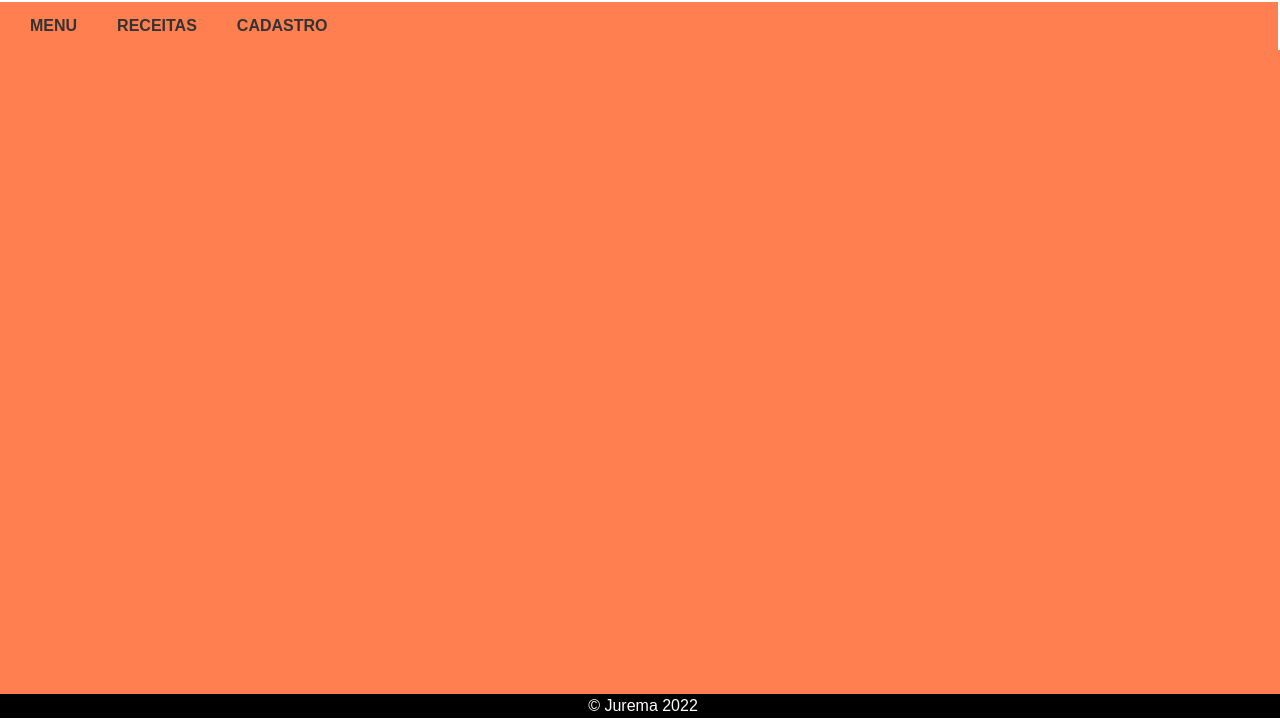
Repository: devropaes/RECEITAS
Page: OneDrive/Área de Trabalho/Estudos/Estácio/receitas/cadastro.html
These files come from the project's save history. The page is drawn as it stood at one moment and after the next save; the edit follows.
The browser window is 1280 px wide. The pictures show the whole page.

Above is the page before, as saved 2024-03-11 18:09:11.

### OneDrive/Área de Trabalho/Estudos/Estácio/receitas/cadastro.html
<!DOCTYPE html>
<html lang="pt-br">

<head>
    <meta charset="UTF-8">
    <meta http-equiv="X-UA-Compatible" content="IE=edge">
    <meta name="viewport" content="width=device-width, initial-scale=1.0">

    <title>CADASTRO</title>
    <link rel="stylesheet" href="./formatos.css">
    </head>

    <body>
    <header class="cabecalho">
      <nav class="cabecalho__menu">
          <a class="cabecalho__menu__link" href="index.html">MENU</a>
          <a class="cabecalho__menu__link" href="index.html">RECEITAS</a>
          <a class="cabecalho__cadastro__link" href="index.html">CADASTRO</a>

      </nav>
      </header>

      <footer class="rodape">
        <p>&copy; Jurema 2022 </p>
     </footer>

   </body>
 </html>

### OneDrive/Área de Trabalho/Estudos/Estácio/receitas/formatos.css
/* Reset de estilos padrão */
html, body, h1, h2, h3, p, ul, li {
    margin: 0;
    padding: 0;
}

body {
    border-top: 2px solid #fff ;
    border-right: 2px solid #fff ;
    font-family: Arial, sans-serif;
    margin: 0;
    padding: 0;
    background-color:#ff7f50;
}

.cabecalho {
    font-family: "Krona One", sans-serif;
    font-weight: 600;
    background-color:#ff7f50;
    color: #333;
    padding: 10px;
    text-align: center;
    text-decoration: none;
}

.cabecalho__menu {
    font-family: "Krona One", sans-serif;
    font-weight: 600;
    background-color:#ff7f50;
    display: flex;
    justify-content: left;
    color:black;
    text-decoration: none;

}


.cabecalho__menu__link {
    font-family: "Krona One", sans-serif;
    font-weight: 600;
    color: #333;
    text-decoration: none;
    padding: 5px 10px;
    margin: 0 10px;
    pad: 50px;
}
.cabecalho__cadastro__link {
    font-family: "Krona One", sans-serif;
    font-weight: 600;
    color: #333;
    text-decoration: none;
    padding: 5px 10px;
    margin: 0 10px;
    pad: 50px;
}
.restaurant-icone {
    font-size: 2px;
}

.restaurant-title {
    font-size: 24px; /* Ajuste o tamanho conforme necessário */
    font-family: Arial, sans-serif; /* Defina a fonte conforme necessário */
}

.restaurant-title .fa-utensils {
    font-size: 1px; /* Ajuste o tamanho do ícone conforme necessário */
    margin-right: 10px; /* Ajuste a margem conforme necessário */
}

.apresentacao {
    font-family: "Krona One", sans-serif;
    font-weight: 600;
    background-color: #ff7f50;
    text-align: center;
    padding: 50px;
}

.apresentacao__conteudo {
    img: 33x32px;
    font-family: "Krona One", sans-serif;
    font-weight: 600;
    max-width: 600px;
    margin: 0 auto;
    pad: 60px;
}

.apresentacao__conteudo {
    font-family: "Krona One", sans-serif;
    font-weight: 600;
    color: #333;
    pad:62px;

}
.apresentacao__conteudo__titulo {
    justify-items:right;
    width: 60%;

}


.apresentacao__receitas__link {
    align-items: center;
    display:flex;
    gap: 16px;
    width: 50%;
    text-align: center;

}


.rodape {
    background-color: #000;
    color: #fff;
    text-align: center;
    padding: 3px;
    position: fixed;
    left: 0; /* Alteração aqui para fixar o rodapé no lado esquerdo */
    bottom: 0;
    width: 100%;
    margin: 0;
    max-width: 100%;
    border-bottom: 2px solid #fff ;
}

@media (max-width: 1200px) {
    .cabecalho {
        padding: 0%;
    }
    .apresentacao {
        align-items: center;
        padding: 5%;
        width: auto;
    }
    .trabalhar.png {
        font-size: small;
    }
}

After the next save:
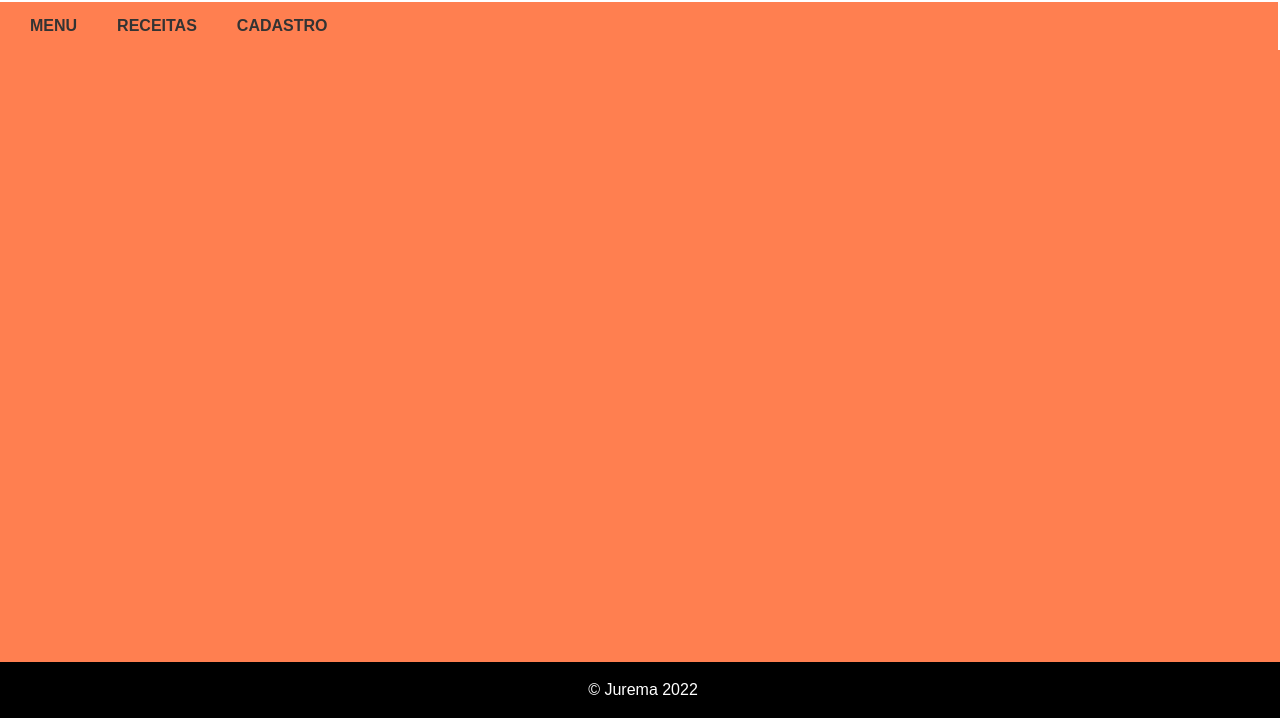
Saved 2 min 31 s later.
--- a/OneDrive/Área de Trabalho/Estudos/Estácio/receitas/formatos.css
+++ b/OneDrive/Área de Trabalho/Estudos/Estácio/receitas/formatos.css
@@ -1,8 +1,3 @@
-/* Reset de estilos padrão */
-html, body, h1, h2, h3, p, ul, li {
-    margin: 0;
-    padding: 0;
-}
 
 body {
     border-top: 2px solid #fff ;
